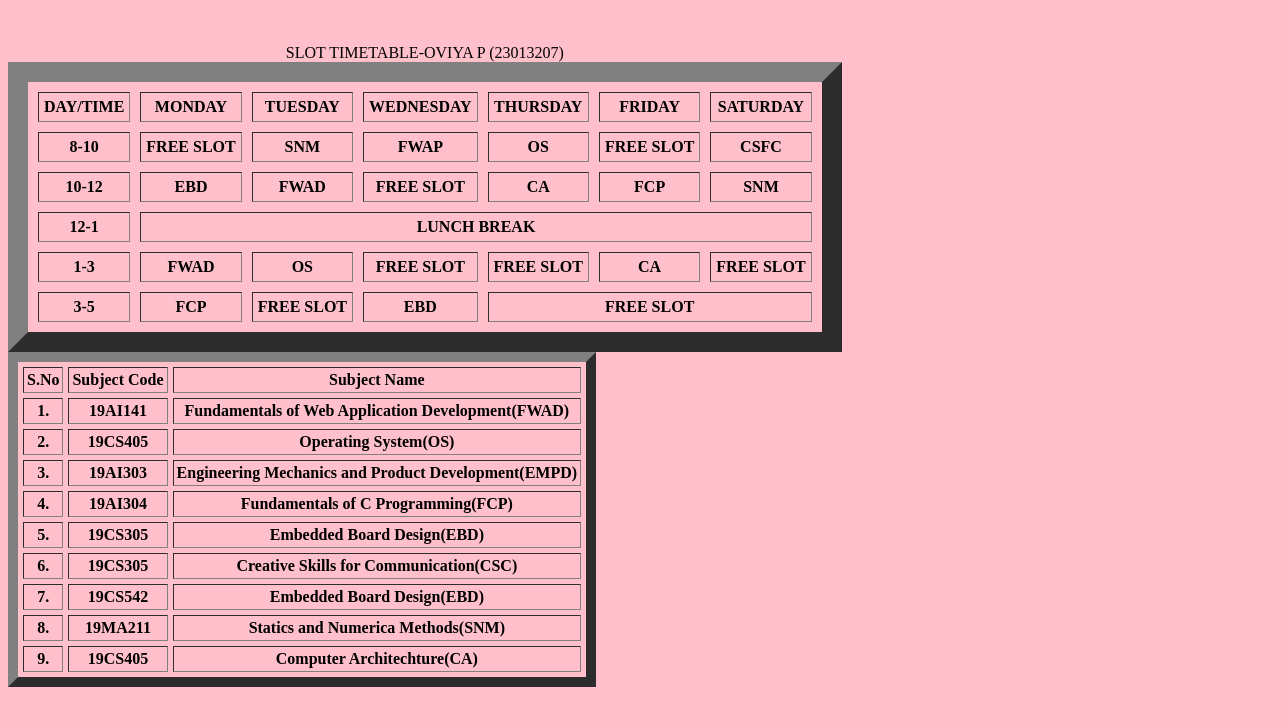
Repository: Oviya24032K6/slot
Page: oviya/static/time.html
These files come from the project's save history. The page is drawn as it stood at one moment and after the next save; the edit follows.
The browser window is 1280 px wide. The pictures show the whole page.

Above is the page before, as saved 2024-03-13 17:27:28.

### oviya/static/time.html
<html>
    <head>
        <title>SLOT TIMETABLE-OVIYA P (23013207)</title>
    </head>
    <body bgcolor="pink" align="center" >
    <table align="left" border="20" cellspacing="10" cellpadding="5">
    <caption>SLOT TIMETABLE-OVIYA P (23013207)</caption>
        <tr>
            <th bg color="yellow">DAY/TIME</th>
            <th>MONDAY</th>
            <th>TUESDAY</th>
            <th>WEDNESDAY</th>
            <th>THURSDAY</th>
            <th>FRIDAY</th>
            <th>SATURDAY</th>
        </tr>
        <tr>
            <th>8-10</th>
            <th>FREE SLOT</th>
            <th>SNM</th>
            <th>FWAP</th>
            <th>OS</th>
            <th>FREE SLOT</th>
            <th>CSFC</th>
        </tr>
        <tr>
            <th>10-12</th>
            <th>EBD</th>
            <th>FWAD</th>
            <th>FREE SLOT</th>
            <th>CA</th>
            <th>FCP</th>
            <th>SNM</th>
        </tr>
        <tr>
            <th>12-1</th>
            <th colspan="6">LUNCH BREAK</th>
        </tr>
        <tr>
            <th>1-3</th>
            <th>FWAD</th>
            <th>OS</th>
            <th>FREE SLOT</th>
            <th>FREE SLOT</th>
            <th>CA</th>
            <th>FREE SLOT</th>
        </tr>
        <tr>
            <th>3-5</th>
            <th>FCP</th>
            <th>FREE SLOT</th>
            <th>EBD</th>
            <th colspan="4">FREE SLOT</th>
        </tr>
    <br>
    <br>
    <table align="left" border="10" cellspacing="5" cellpadding="3">
        <tr>
            <th>S.No</th>
            <th>Subject Code</th>
            <th>Subject Name</th>
        </tr>
        <tr>
            <th>1.</th>
            <th>19AI141</th>
            <th>Fundamentals of Web Application Development(FWAD)</th>
        </tr>
        <tr>
            <th>2.</th>
            <th>19CS405</th>
            <th>Operating System(OS)</th>
        </tr>
        <tr>
            <th>3.</th>
            <th>19AI303</th>
            <th>Engineering Mechanics and Product Development(EMPD)</th>
        </tr>
        <tr>
            <th>4.</th>
            <th>19AI304</th>
            <th>Fundamentals of C Programming(FCP)</th>
        </tr>
        <tr>
            <th>5.</th>
            <th>19CS305</th>
            <th>Embedded Board Design(EBD)</th>
        </tr>
        <tr>
            <th>6.</th>
            <th>19CS305</th>
            <th>Creative Skills for Communication(CSC)</th>
        </tr>
        <tr>
            <th>7.</th>
            <th>19CS542</th>
            <th>Embedded Board Design(EBD)</th>
        </tr>
        <tr>
            <th>8.</th>
            <th>19MA211</th>
            <th>Statics and Numerica Methods(SNM)</th>
        </tr>
        <tr>
            <th>9.</th>
            <th>19CS405</th>
            <th>Computer Architechture(CA)</th>
        </tr>
    </table>
</html>
</html>

After the next save:
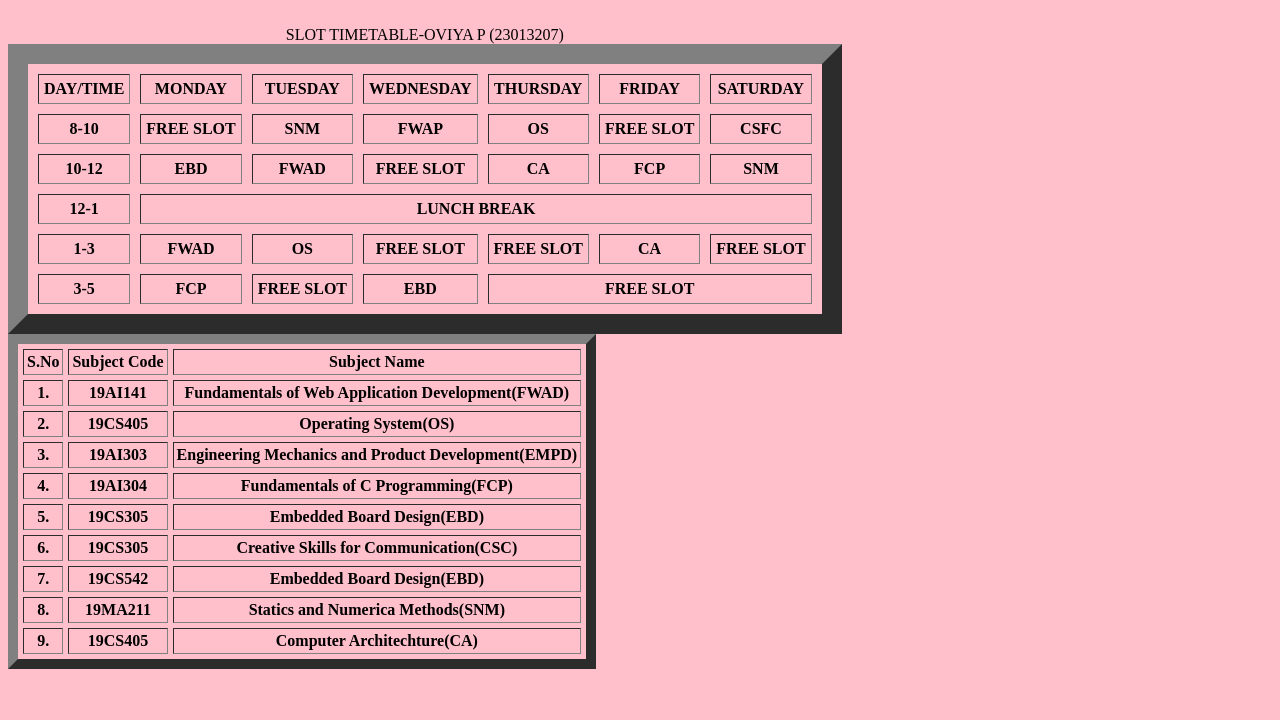
Saved 22 s later.
--- a/oviya/static/time.html
+++ b/oviya/static/time.html
@@ -52,8 +52,7 @@
             <th>EBD</th>
             <th colspan="4">FREE SLOT</th>
         </tr>
-    <br>
-    <br>
+<br>
     <table align="left" border="10" cellspacing="5" cellpadding="3">
         <tr>
             <th>S.No</th>
